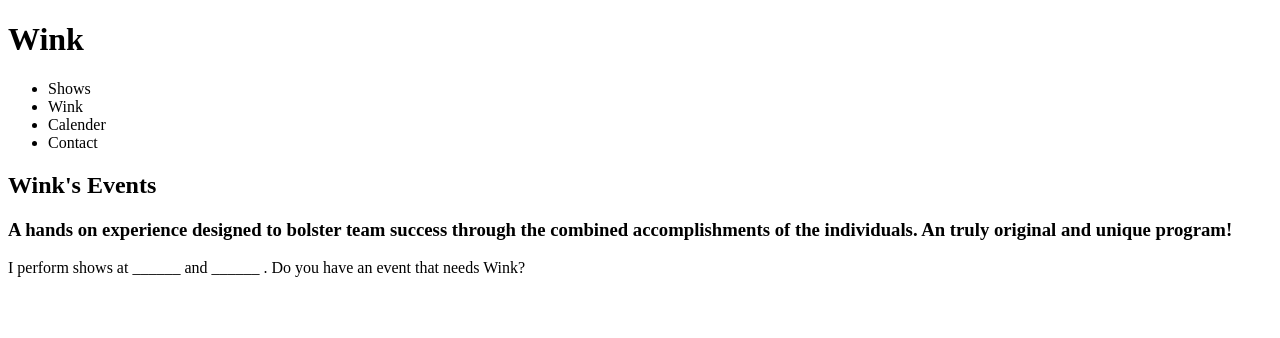
Repository: Sbethm/wink
Page: shows.html
An editor plug-in stored every save of this project. The page is shown before and after a run of saves, followed by the edit.
The browser window is 1280 px wide. The pictures show the whole page.

Above is the page before, as saved 2021-09-08 14:56:38.

After the next 2 saves:
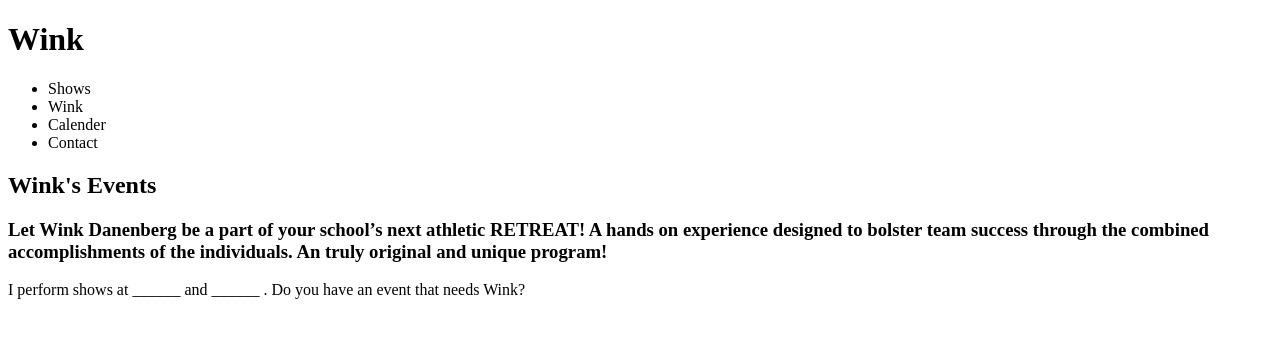
The 2 saves are shown as one change because they came seconds apart.
The last was saved 19 s later.
--- a/shows.html
+++ b/shows.html
@@ -23,7 +23,7 @@
             <h2 class="contact--title">Wink's Events</h2>
         </div>
         <div>
-            <h3 class="call-to-action">A hands on experience designed to bolster team success through the combined accomplishments of the individuals.
+            <h3 class="call-to-action">Let Wink Danenberg be a part of your school’s next athletic RETREAT! A hands on experience designed to bolster team success through the combined accomplishments of the individuals.
                 An truly original and unique program!</h3>
             <p>I perform shows at ______ and ______ . Do you have an event that needs Wink?</p>
         </div>
